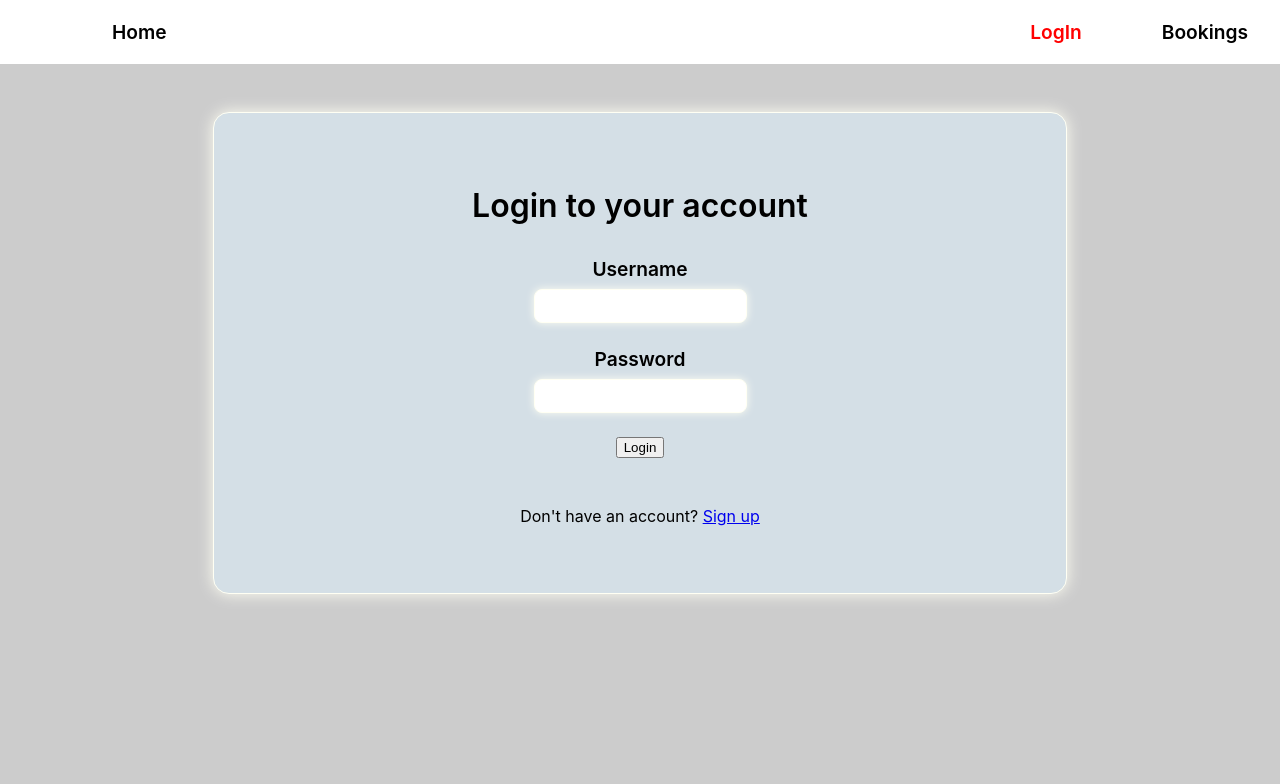
Repository: MikkyPrestige/fake-user-authentication
Page: /login
These files come from the project's save history. The page is drawn as it stood at one moment and after the next save; the edit follows.
The browser window is 1280 px wide. The pictures show the whole page.
The project was rebuilt for these pictures with package versions that can differ from the ones it lists, and the page was loaded fresh each time. Also part of the build but not shown: src/assets/styles/home.css, src/components/home.jsx, src/assets/styles/booking.css, src/components/booking.jsx, src/components/fallBack.jsx, src/assets/styles/error.css, src/components/error.jsx, src/profile/signUp.jsx and 2 more.

Above is the page before, as saved 2022-11-24 05:45:17.

After the next save:
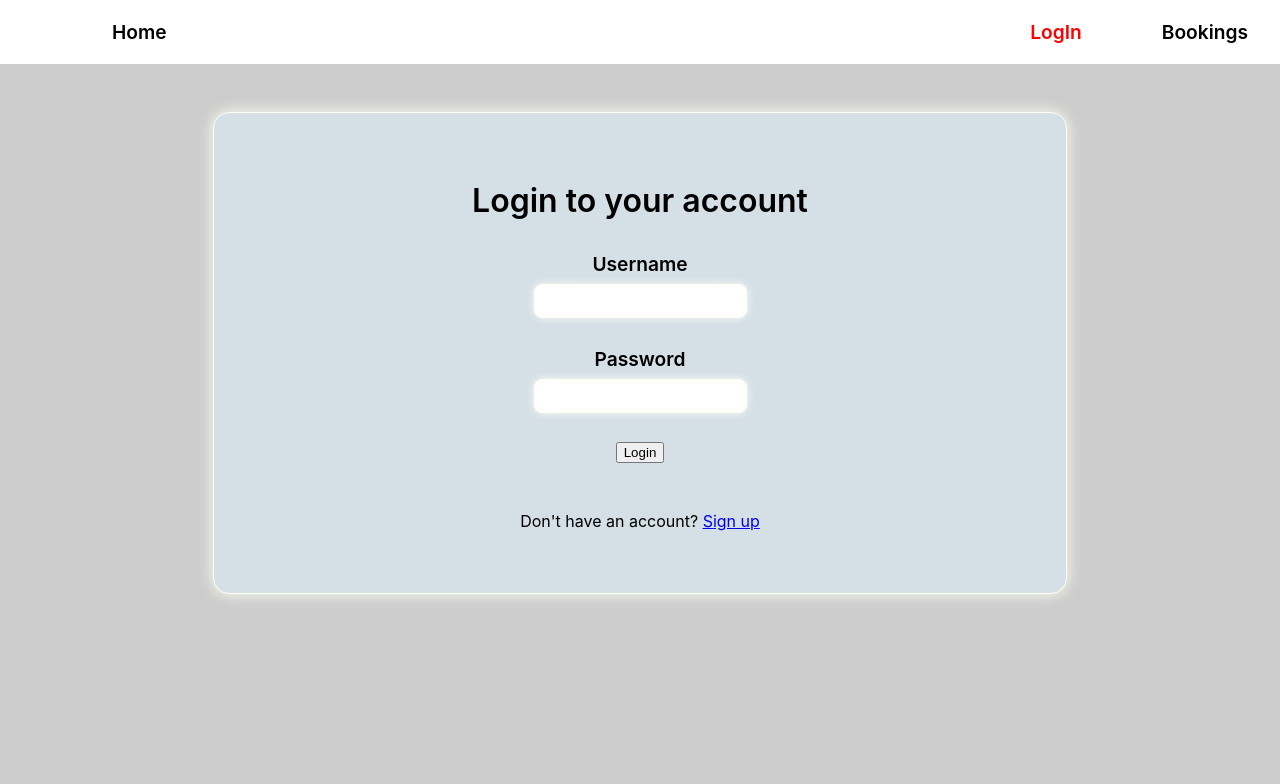
Saved 24 s later.
--- a/src/assets/styles/login.css
+++ b/src/assets/styles/login.css
@@ -45,5 +45,5 @@
     border: 1px solid #FFFFF3;
     border-radius: 0.5rem;
     box-shadow: 0 0 0.5rem #FFFFF3;
-    margin-bottom: 1rem;
+    margin-bottom: 1.3rem;
 }
